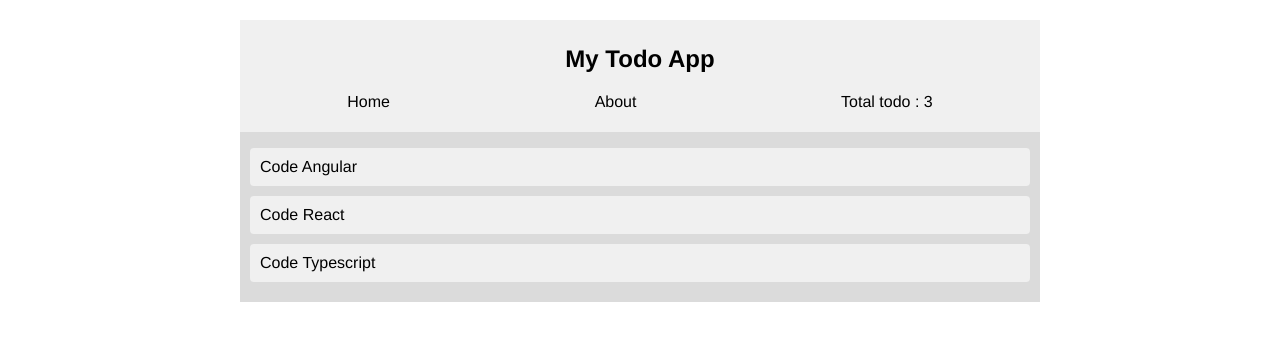
Repository: DTien93/Todo-Typescript
Page: / (app in my-app/)
An editor plug-in stored every save of this project. The page is shown before and after the next save, followed by the edit.
The browser window is 1280 px wide. The pictures show the whole page.
The project was rebuilt for these pictures with package versions that can differ from the ones it lists, and the page was loaded fresh each time. Imported but missing from the stored project, and not drawn on this page: my-app/src/serviceWorker.

Above is the page before, as saved 2021-10-16 18:06:30.

### my-app/src/index.tsx
import React from 'react';
import ReactDOM from 'react-dom';
import './index.css';
import App from './App';
import store from './store'
import { Provider } from 'react-redux';
import * as serviceWorker from './serviceWorker';

ReactDOM.render(
  <React.StrictMode>
    <Provider store={store}>
      <App />
      </Provider>
  </React.StrictMode>,
  document.getElementById('root')
);

// If you want your app to work offline and load faster, you can change
// unregister() to register() below. Note this comes with some pitfalls.
// Learn more about service workers: https://bit.ly/CRA-PWA
serviceWorker.unregister();

### my-app/src/index.css
.App {
  font-family: Avenir, Helvetica, Arial, sans-serif;
  -webkit-font-smoothing: antialiased;
  -moz-osx-font-smoothing: grayscale;
  background: rgb(219, 219, 219);
  margin: 20px auto;
  width: 90%;
  max-width: 800px;
 }

### my-app/src/App.tsx
import React from 'react'
import './App.css'
import './index.css'
import Navbar from './components/Navbar'
import Todos from './components/Todos'
const App = () => {
  return (
    <div className='App'>
      <Navbar />
      <Todos/>
    </div>
  )
}

export default App

### my-app/src/store/index.ts
import { createSlice } from '@reduxjs/toolkit'
import { configureStore } from '@reduxjs/toolkit'


interface TodoState {
    allTodos: {}
}

const initialState: TodoState = {
    allTodos: [
        {
            id: 1,
            title: 'Code Angular'
        },
        {
            id: 2,
            title: 'Code React'
        },
        {
            id: 3,
            title: 'Code Typescript'
        }
    ]
}
export const todoSlice = createSlice({
    name: 'todos',
    initialState,
    reducers: {

    }
})

// Reducer
// Create Reducer
const todosReducer = todoSlice.reducer

// Create store save data
const store = configureStore({
    reducer: {
        todosReducer
    }
})


// Selector get data
export const todosSelector = (state: { todosReducer: { allTodos: any } }) => state.todosReducer.allTodos

// Export store
export default  store

### my-app/src/App.css
.todo-list ul {
  padding: 0 10px 10px 10px;
  list-style-type: none;
 }

 .todo-list li {
  padding: 10px;
  cursor: pointer;
  margin: 10px 0;
  border-radius: 4px;
  background: rgb(240, 240, 240);
  color: black;
 }

 .todo-list li input[type='checkbox'] {
  -ms-transform: scale(2); /* IE */
  -moz-transform: scale(2); /* FF */
  -webkit-transform: scale(2); /* Safari and Chrome */
  -o-transform: scale(2); /* Opera */
  transform: scale(2);
  padding: 10px;
  float: right;
 }

 .todo-list li.completed {
  background: rgb(119, 218, 243);
 }

 .todo-list li button {
  float: right;
  margin-right: 20px;
 }

 .todo-list li button:hover {
  cursor: pointer;
  background: red;
  color: white;
 }

 /* Navbar */
 .navbar {
  padding: 5px;
  text-align: center;
  background: rgb(240, 240, 240);
  color: black;
 }

 .navbar ul {
  display: flex;
  justify-content: space-around;
  align-items: center;
  list-style: none;
  padding: 0;
 }

 /* TodoForm */
 form {
  padding: 10px;
 }

 input[type='text'] {
  width: 100%;
  box-sizing: border-box;
  padding: 10px;
  margin: 6px 0;
  border: 0;
 }

 input[type='submit'] {
  margin: 10px auto;
  padding: 10px;
  border: 0;
  display: block;
 }

### my-app/src/components/Navbar.tsx
import React from 'react'
import { todosSelector } from '../store'
import { useSelector } from 'react-redux'

const Navbar = () => {
    const todos = useSelector(todosSelector)
    return (
        <div className='navbar'>
            <h2>My Todo App</h2>
            <ul>
                <li>Home</li>
                <li>About</li>
                <li>Total todo : 3</li>
            </ul>
        </div>
    )
}

export default Navbar

### my-app/src/components/Todos.tsx
import React  from 'react'
import { useSelector } from 'react-redux'
import { todosSelector } from '../store'

const Todos = () => {
    const todos = useSelector(todosSelector)
    return (
        <div className='todo-list'>
            <ul>
            {
                todos.map((todo: { title: string }) => (
                    <li>{todo.title}</li>
                ))
            }
          </ul>
        </div>
    )
}

export default Todos

After the next save:
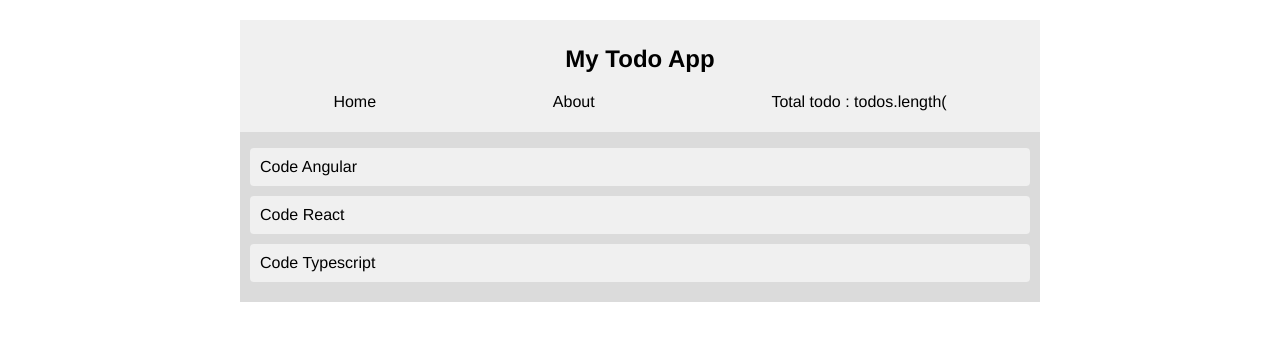
Saved 19 s later.
--- a/my-app/src/components/Navbar.tsx
+++ b/my-app/src/components/Navbar.tsx
@@ -10,7 +10,7 @@ const Navbar = () => {
             <ul>
                 <li>Home</li>
                 <li>About</li>
-                <li>Total todo : 3</li>
+                <li>Total todo : todos.length(</li>
             </ul>
         </div>
     )
